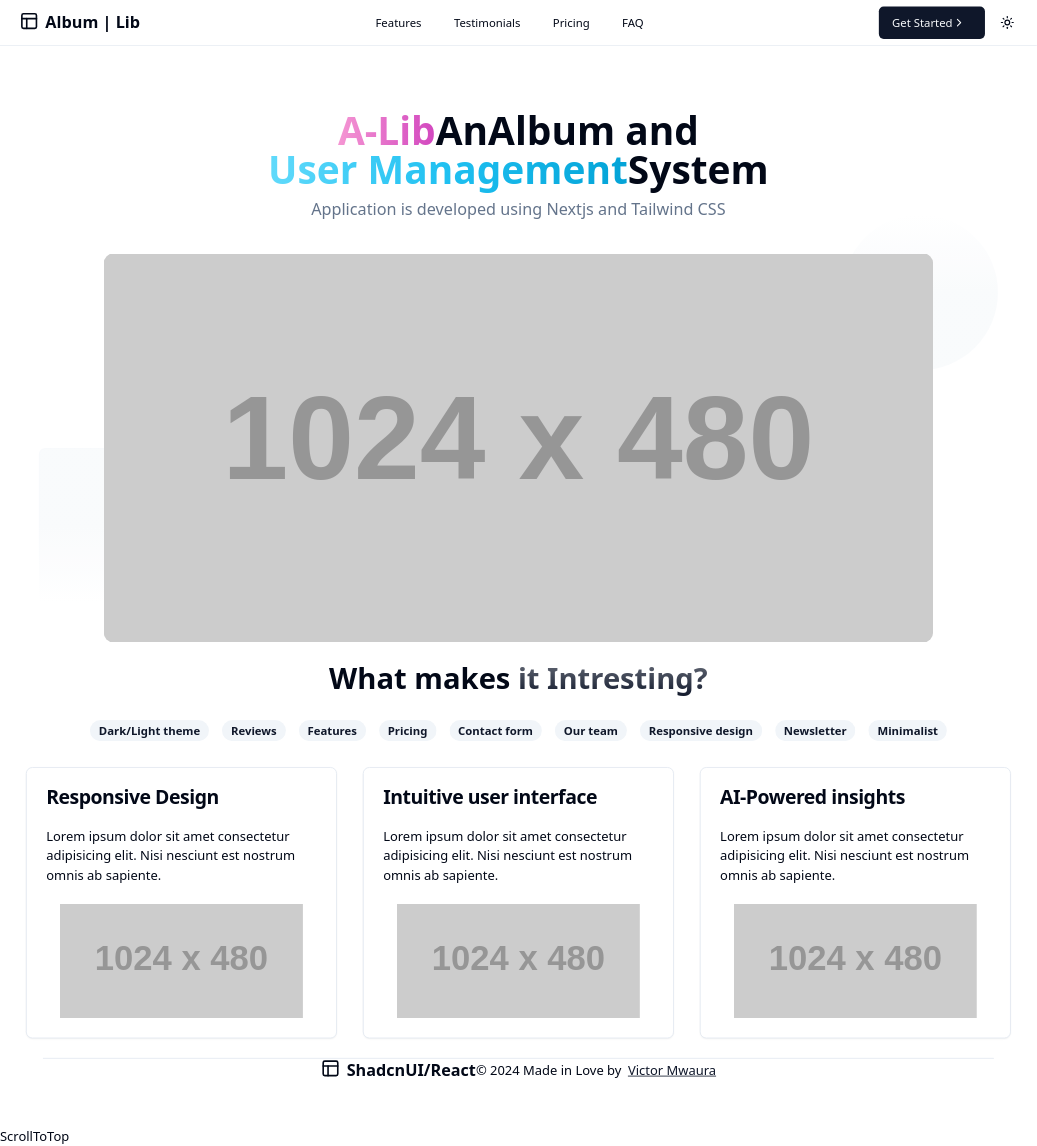
Repository: DevLaukey/savannah-informatics-test
Page: /
An editor plug-in stored every save of this project. The page is shown before and after the next save, followed by the edit.
The browser window is 1280 px wide. The pictures show the whole page, at 81% of full size.
The project was rebuilt for these pictures with package versions that can differ from the ones it lists, and the page was loaded fresh each time. The framework's server and built-in components were replaced by stand-ins that run in the browser. Also part of the build but not shown: next.config.mjs.

Above is the page before, as saved 2024-06-04 22:34:35.

After the next save:
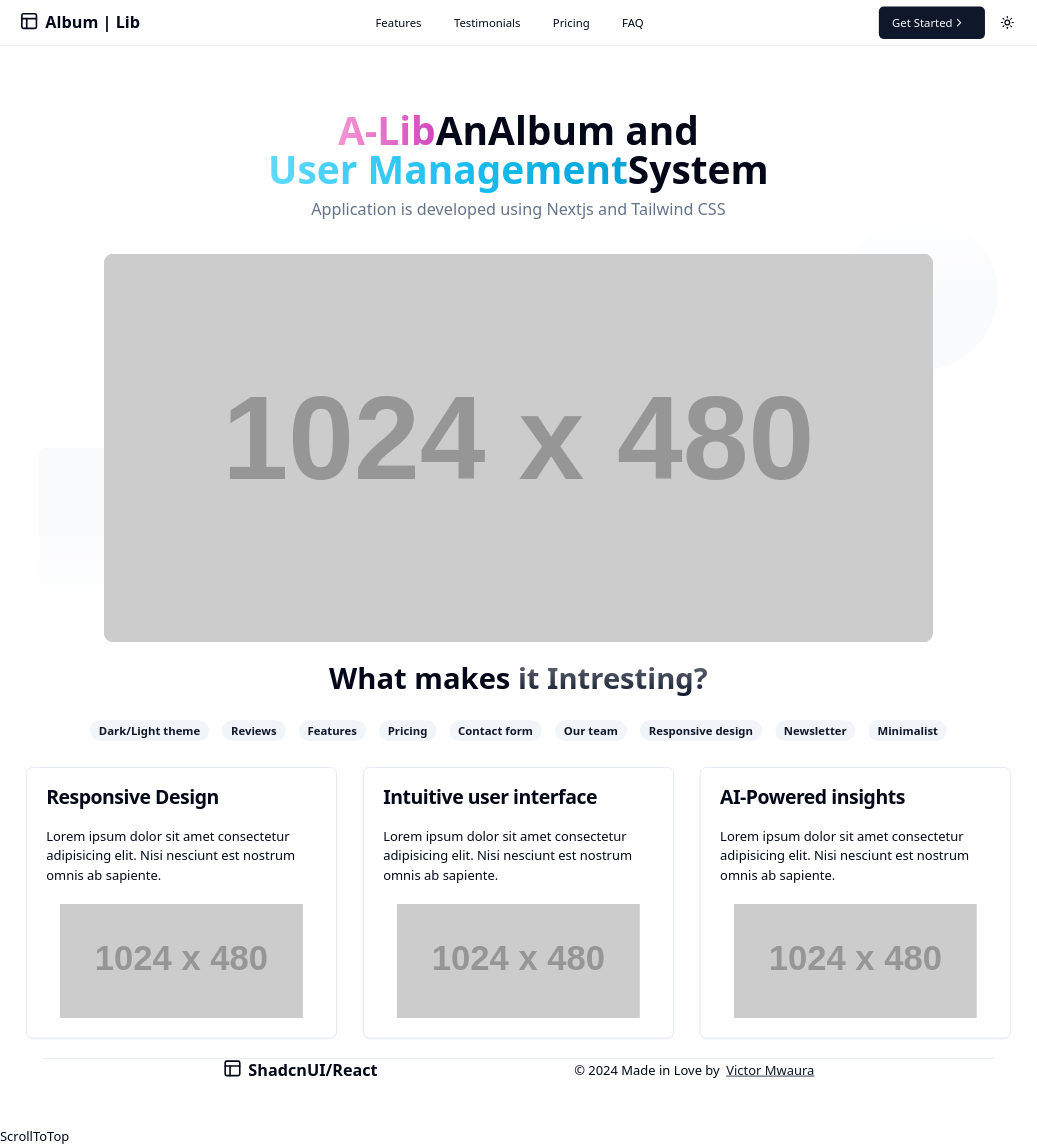
Saved 14 s later.
--- a/components/Footer.jsx
+++ b/components/Footer.jsx
@@ -5,7 +5,7 @@ export const Footer = () => {
     <footer id="footer">
       <hr className="w-11/12 mx-auto" />
 
-      <section className="container flex pb-14 text-center items-center justify-center">
+      <section className="container flex pb-14 text-center items-center justify-evenly">
         <div className="col-span-full xl:col-span-2">
           <a
             rel="noreferrer noopener"
